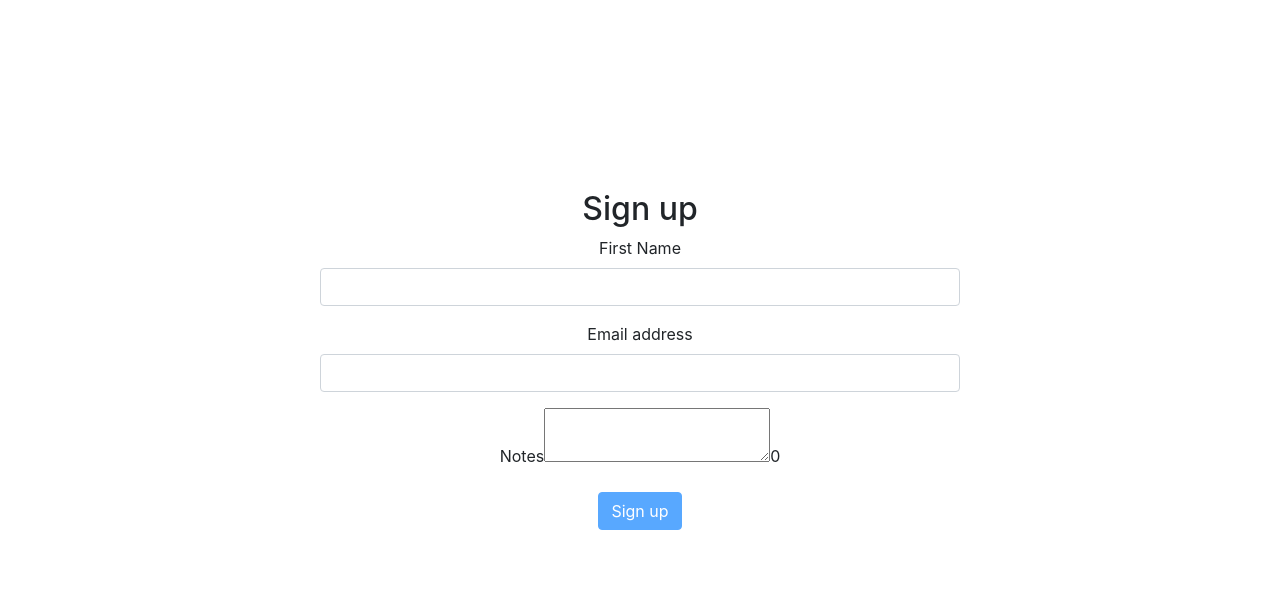
Repository: jklodge/react-form
Page: / (app in adzuna-form/)
The author's editor kept a copy of each file at every save. The page is drawn from the files as they stood at one save, then again after the next save.
The browser window is 1280 px wide. The pictures show the whole page.
The project was rebuilt for these pictures with package versions that can differ from the ones it lists, and the page was loaded fresh each time.

Above is the page before, as saved 2020-01-09 11:20:26.

After the next save:
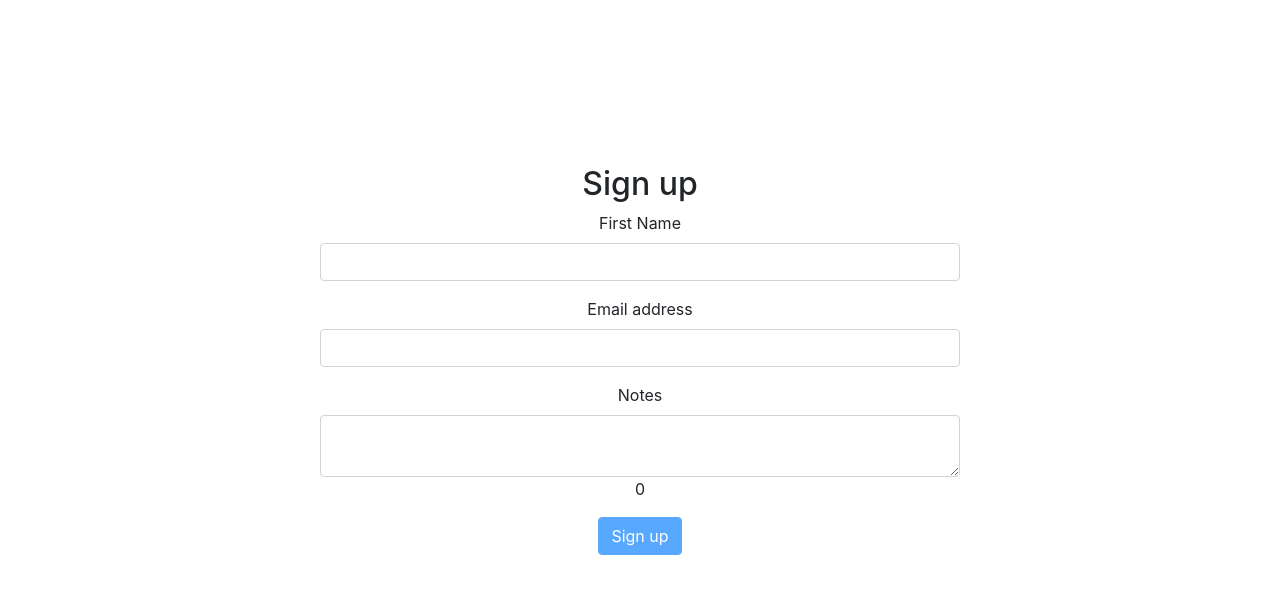
Saved 81 s later.
--- a/adzuna-form/src/Components/Form.js
+++ b/adzuna-form/src/Components/Form.js
@@ -110,6 +110,8 @@ class Form extends Component {
           <div className={`form-group `}>
             <label htmlFor="text">Notes</label>
             <textarea
+              type="text"
+              class="form-control"
               name="notes"
               value={this.state.notes}
               onChange={this.handleChange}
